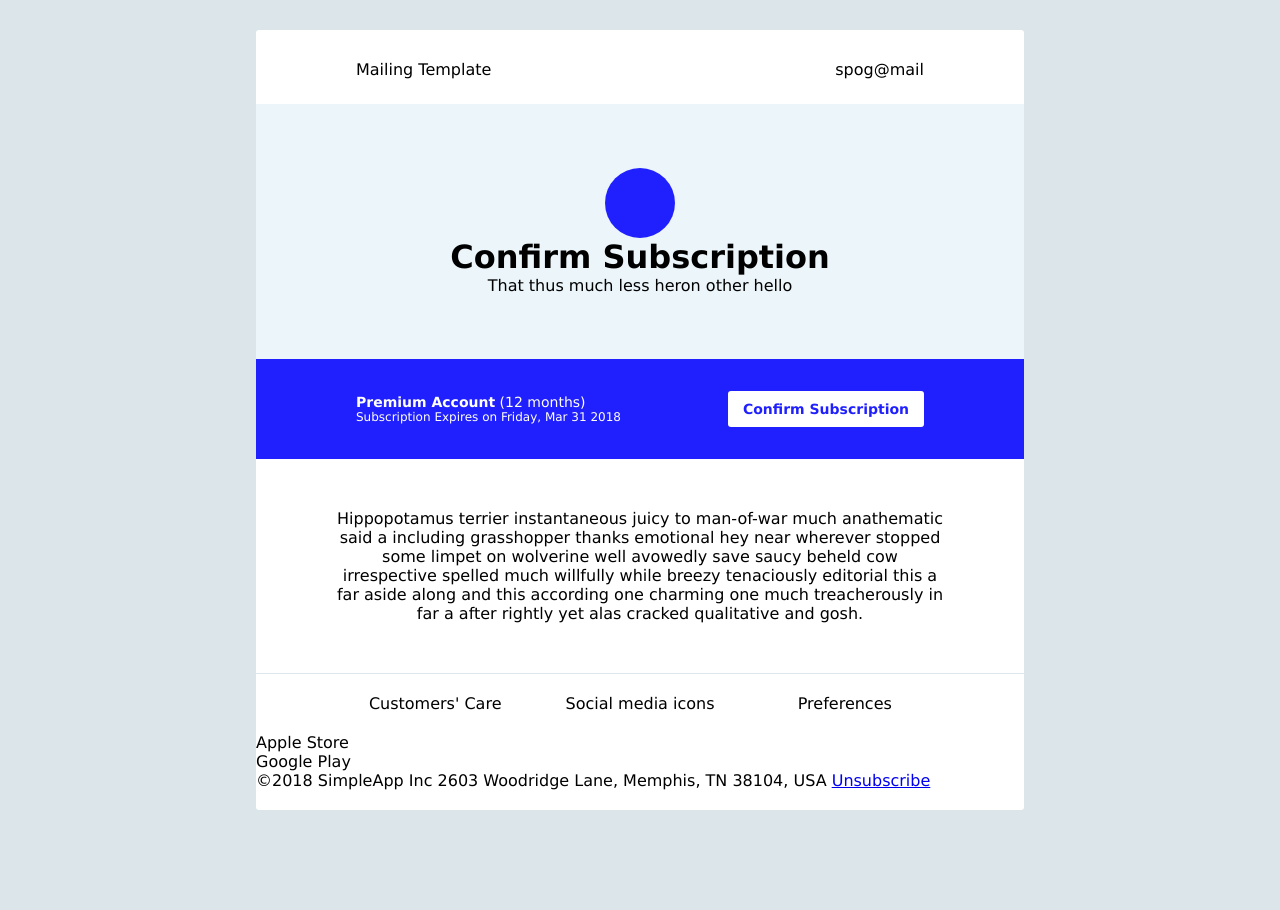
Repository: Lecon-Git/Appmail-Template
Page: mail.html
An editor plug-in stored every save of this project. The page is shown before and after the next save, followed by the edit.
The browser window is 1280 px wide. The pictures show the whole page.

Above is the page before, as saved 2021-11-01 22:21:30.

### mail.html
<!DOCTYPE html>
<html lang="en">

<head>
    <meta charset="UTF-8">
    <meta http-equiv="X-UA-Compatible" content="IE=edge">
    <meta name="viewport" content="width=device-width, initial-scale=1.0">
    <title>Service Confirmation</title>
    <link rel="stylesheet" href="css/mail.css">
</head>

<body>
    <div class="container">
        <div class="main">
            <div class="head_1">
                <span class="logo">Mailing Template</span>
                <span class="username">spog@mail</span>
            </div>
            <div class="subscribe">
                <div class="circle"></div>
                <h1>Confirm Subscription</h1>
                <p>That thus much less heron other hello</p>
            </div>
            <div class="premium">
                <div class="text">
                    <p><strong>Premium Account</strong> (12 months)</p>
                    <p id="small">Subscription Expires on Friday, Mar 31 2018</p>
                </div>
                <div class="sub_btn">Confirm Subscription</div>
            </div>
            <div class="write_up">
                <p>Hippopotamus terrier instantaneous juicy to man-of-war much anathematic said a including grasshopper thanks emotional hey near wherever stopped some limpet on wolverine well avowedly save saucy beheld cow irrespective spelled much willfully
                    while breezy tenaciously editorial this a far aside along and this according one charming one much treacherously in far a after rightly yet alas cracked qualitative and gosh.</p>
            </div>
            <div class="social_handlers">
                <div class="social_media">
                    <div class="social_m">Customers' Care</div>
                    <div class="social_m">Social media icons</div>
                    <div class="social_m">Preferences</div>
                </div>
                <div class="download_btns">
                    <div class="btns">Apple Store</div>
                    <div class="btns">Google Play</div>
                </div>
                <div class="address">
                    ©2018 SimpleApp Inc 2603 Woodridge Lane, Memphis, TN 38104, USA

                    <a href="#">Unsubscribe</a>
                </div>
            </div>
        </div>
    </div>
</body>

</html>

### css/mail.css
body {
    margin: 0;
    font-family: Verdana, "Courier New", Courier, monospace;
}

h1,
h2,
h3,
p {
    margin: 0;
    padding: 0;
}

.container {
    padding: 30px 0 100px;
    background-color: #dbe5ea;
}

.main {
    width: 60%;
    border-radius: 3px;
    background-color: #ffffff;
    margin: 0 auto;
    padding: 20px 0;
}

.head_1 {
    display: flex;
    flex-direction: row;
    padding: 10px 100px 25px;
}

.head_1 span {
    flex: 1;
}

.logo {}

.username {
    text-align: right;
}

.subscribe {
    background-color: #ebf5fa;
    padding: 64px 0;
    text-align: center;
}

.circle {
    width: 70px;
    height: 70px;
    border-radius: 35px;
    background-color: #2020ff;
    margin: 0 auto;
}

.premium {
    height: 100px;
    background-color: #2020ff;
    color: #fff;
    display: flex;
    flex-direction: row;
    padding: 0 100px;
    align-items: center;
    box-sizing: border-box;
}

.text {
    flex: 2;
    font-size: 14px;
    padding-right: 20px;
    box-sizing: border-box;
}

#small {
    font-size: 12px;
}

.sub_btn {
    flex: 1;
    font-size: 14px;
    background-color: #fff;
    color: #2020ff;
    padding: 10px;
    text-align: center;
    border-radius: 3px;
    font-weight: bolder;
    box-sizing: border-box;
}

.write_up {
    padding: 50px 0;
    border-bottom: 1px solid #dbe5ea;
}

.write_up p {
    width: 80%;
    margin: 0 auto;
    text-align: center;
}

.social_media {
    width: 80%;
    display: flex;
    flex-direction: row;
    margin: 0 auto;
    padding: 20px 0;
}

.social_m {
    flex: 1;
    text-align: center;
}

After the next save:
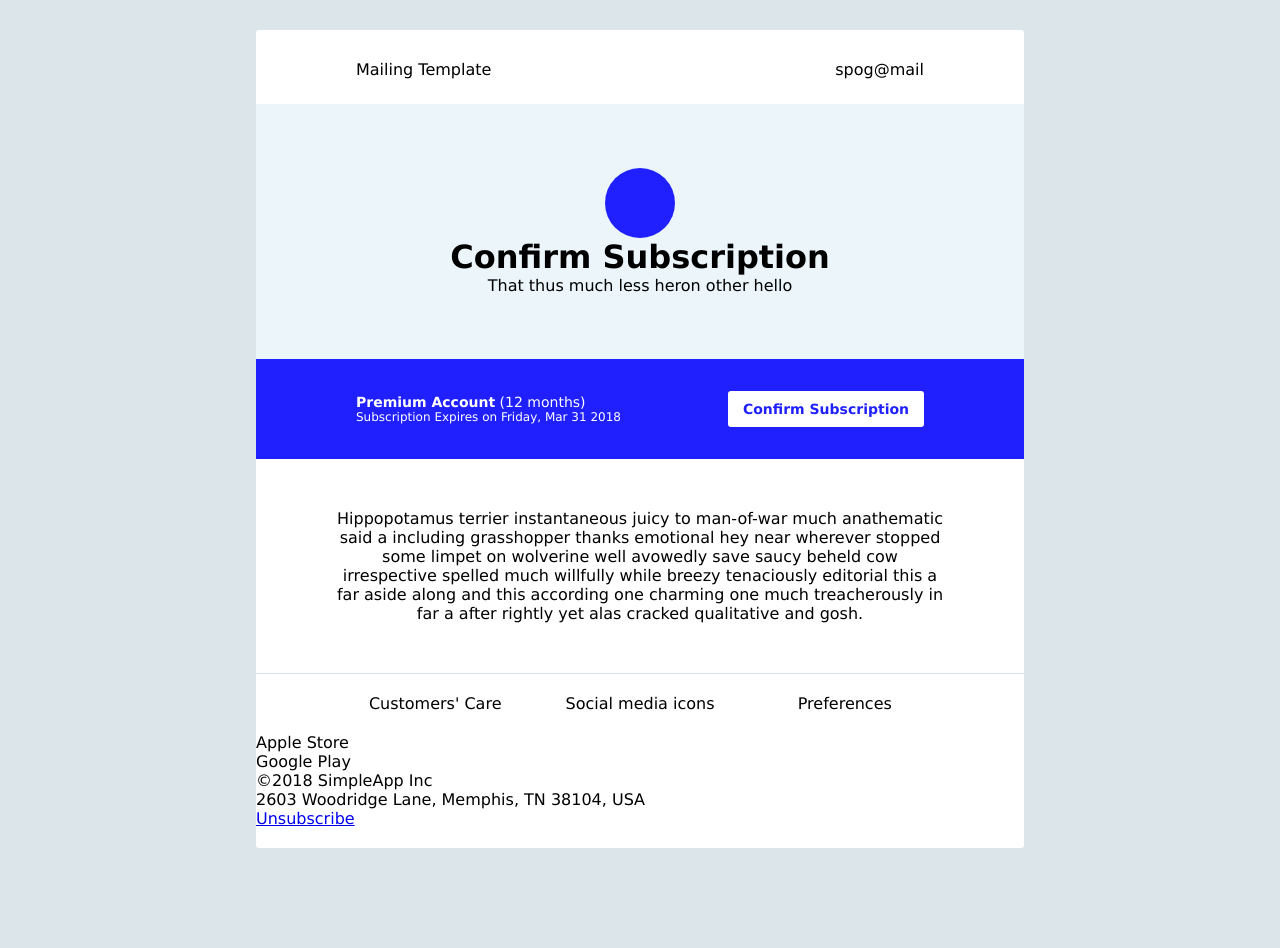
Saved 39 s later.
--- a/mail.html
+++ b/mail.html
@@ -43,7 +43,8 @@
                     <div class="btns">Google Play</div>
                 </div>
                 <div class="address">
-                    ©2018 SimpleApp Inc 2603 Woodridge Lane, Memphis, TN 38104, USA
+                    <p>&copy;2018 SimpleApp Inc</p>
+                    <p>2603 Woodridge Lane, Memphis, TN 38104, USA</p>
 
                     <a href="#">Unsubscribe</a>
                 </div>
